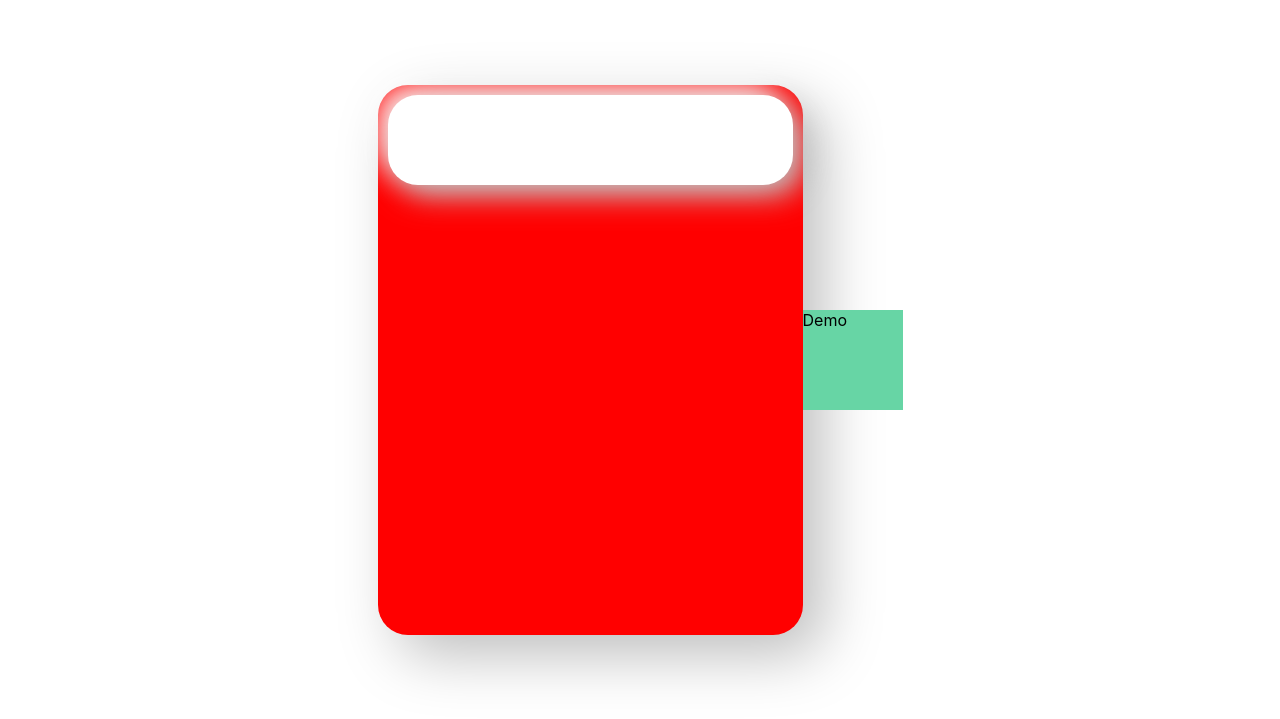
Repository: janidulnkg1/react-prac
Page: / (app in calculator/)
These files come from the project's save history. The page is drawn as it stood at one moment and after the next save; the edit follows.
The browser window is 1280 px wide. The pictures show the whole page.
The project was rebuilt for these pictures with package versions that can differ from the ones it lists, and the page was loaded fresh each time. Also part of the build but not shown: calculator/src/App.css.

Above is the page before, as saved 2023-09-15 10:51:33.

### calculator/src/App.js
import logo from './logo.svg';
import './App.css';
import Home from './components/Home';

function App() {
  return (
    <>
    <Home/>
    </>
  );
}

export default App;

### calculator/src/components/Home.js
import React from 'react'
import classes from "./Home.module.css"
import Demo from './Demo'

function Home() {
  return (
    <div className={classes.home}>
      <div className={classes.inner}>
        <div className={classes.result}>
          <div className={classes.resbox}>
            </div>
        </div>
      </div>
      <div className={classes.btns}>

      </div>
      <Demo/>
    </div>
  )
}

export default Home

### calculator/src/components/Home.module.css
*{
    padding: 0;
     margin: 0;
     box-sizing: border-box;
}

.home{
    height: 100vh;
    width: 100vw;
    display: flex;
    justify-content: center;
    align-items: center;
}

.inner{
    background-color:red;
    height: 550px;
    width: 425px;
    border-radius: 30px;
    /*background-color: #ece1e1;*/
    box-shadow: 20px 20px 60px #bebebe,
     -20px -20px 60px #ffffff;
}

.result{
    font-size: 2rem;
    width: 405px;
    height: 90px;
    scrollbar-width: none;
    margin: auto;
    margin-top: 10px;
    margin-bottom: 10px;
    border-radius: 30px;
    background: white;
    box-shadow: 10px 10px 30px #bebebe,
    -10px -10px 30px #ffffff;
}

.resbox{
    width: 390px;
    height: min-content;
    overflow-y: auto;
    padding-left: 10px;
    padding-right: 10px;
    text-align: right;
}

### calculator/src/components/Demo.js
import React from 'react'
import classes from "./Demo.module.css"


function Demo() {
  return (
    <div className={classes.inner}>Demo</div>
  )
}

export default Demo

### calculator/src/components/Demo.module.css
.inner{
    height: 100px;
    width: 100px;
    background-color:rgb(103, 213, 165);
}

Loaded but not shown: calculator/public/index.html (common file); calculator/src/index.js (common file); calculator/src/index.css (common file); calculator/src/reportWebVitals.js (common file)

After the next save:
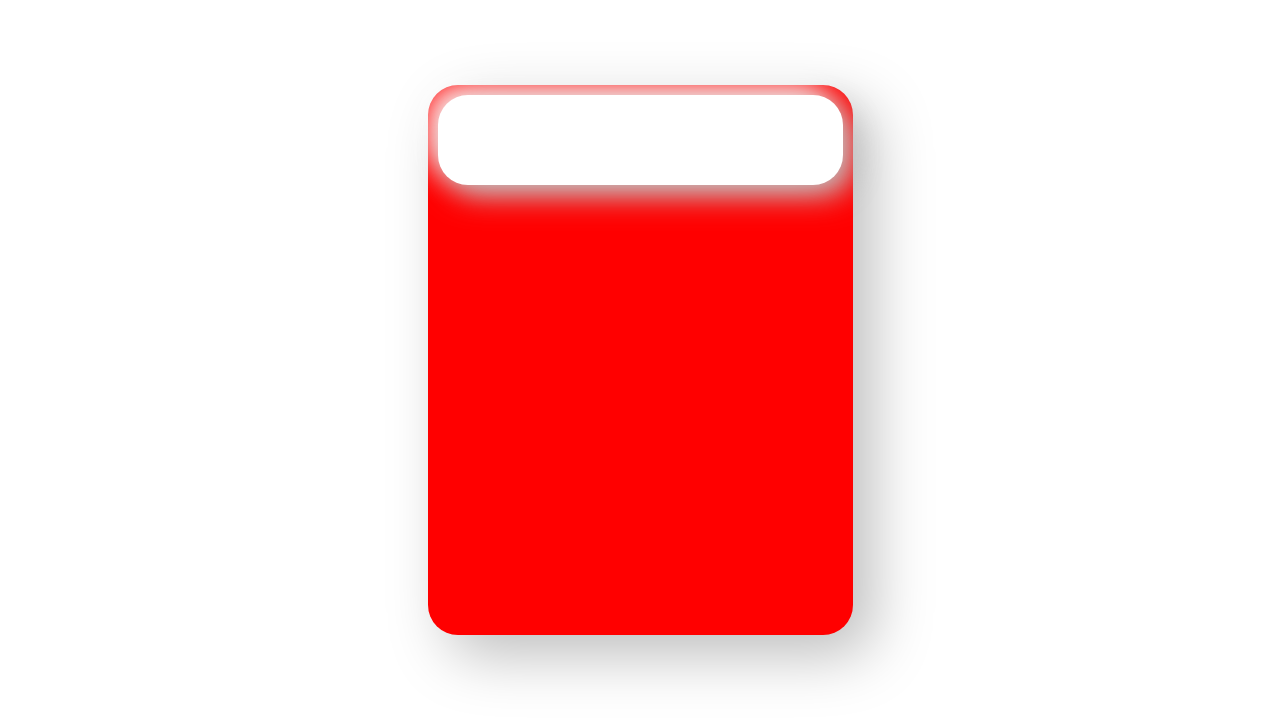
Saved 42 s later.
--- a/calculator/src/components/Home.js
+++ b/calculator/src/components/Home.js
@@ -1,6 +1,6 @@
 import React from 'react'
 import classes from "./Home.module.css"
-import Demo from './Demo'
+
 
 function Home() {
   return (
@@ -14,7 +14,7 @@ function Home() {
       <div className={classes.btns}>
 
       </div>
-      <Demo/>
+
     </div>
   )
 }
